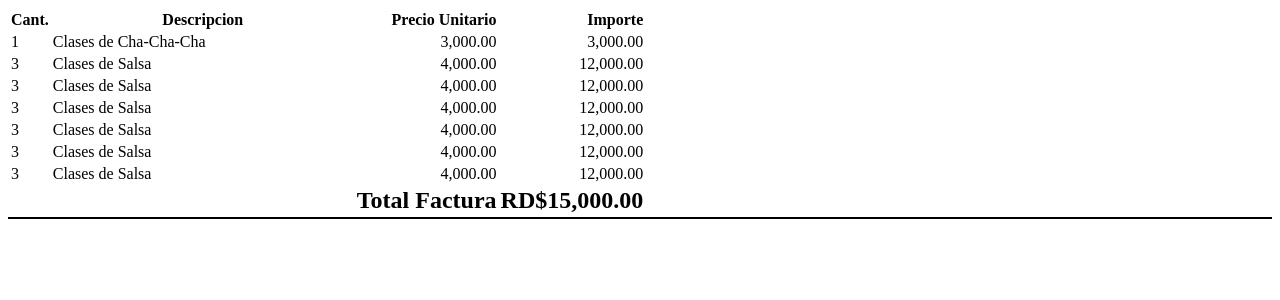
Repository: MrVanQish/FacturaEstructura
Page: index.html
The author's editor kept a copy of each file at every save. The page is drawn from the files as they stood at one save, then again after the next save.
The browser window is 1280 px wide. The pictures show the whole page.

Above is the page before, as saved 2021-09-29 10:24:15.

### index.html
<!DOCTYPE html>
<html lang="en">
<head>
    <meta charset="UTF-8">
    <meta http-equiv="X-UA-Compatible" content="IE=edge">
    <meta name="viewport" content="width=device-width, initial-scale=1.0">
    <title>Document</title>
    <link rel="stylesheet" href="styles.css">
</head>
<body>

<!--     <div class="wrapper">

        <div class="factura1">
                <div class="infoEmpresa-f">
                    Empresa: Villa Jacob
                    <br>
                    NIT: 8000000
                    <br>
                    Direccion: jajjdajdj
                </div>
                <div class="infoCliente-f">
                    Cliente: Jacobo
                    <br>
                    CC: 1116283283
                    <br>
                    Direccion: jajjdajdj
                </div>
                <div class="items-f">

                    <table>

                        <tr>

                            <th>Items</th>

                            <th>Precio</th>

                            <th>Cantidad</th>


                        </tr>

                          <tr>

                            <td>Tornillos</td>

                            <td>1000</td>

                            <td>2</td>

                          </tr>

                          <tr>

                            <td>Cemento</td>

                            <td>25.000</td>

                            <td>2</td>

                          </tr>


                          <tr>

                            <td>Cemento</td>

                            <td>25.000</td>

                            <td>2</td>

                          </tr>

                          <tr>

                            <td>Cemento</td>

                            <td>25.000</td>

                            <td>2</td>

                          </tr>

                          <tr>

                            <td>Cemento</td>

                            <td>25.000</td>

                            <td>2</td>

                          </tr>

                          <tr>

                            <td>Cemento</td>

                            <td>25.000</td>

                            <td>2</td>

                          </tr>

                          <tr>

                            <td>Cemento</td>

                            <td>25.000</td>

                            <td>2</td>

                          </tr>


                          <tr>

                            <td>Cemento</td>

                            <td>25.000</td>

                            <td>2</td>

                          </tr>


                          <tr>

                            <td>Cemento</td>

                            <td>25.000</td>

                            <td>2</td>

                          </tr>

                          <tr>

                            <td>Cemento</td>

                            <td>25.000</td>

                            <td>2</td>

                          </tr>

                          <tr>

                            <td>Cemento</td>

                            <td>25.000</td>

                            <td>2</td>

                          </tr>






                      </table>



                </div>
            <div class="body-f">

            </div>
        </div> -->

    </div>
    <div id="app" class="col-11">

        <div class="row my-5">
          <table class="table table-borderless factura">
            <thead>
              <tr>
                <th>Cant.</th>
                <th>Descripcion</th>
                <th>Precio Unitario</th>
                <th>Importe</th>
              </tr>
            </thead>
            <tbody>
              <tr>
                <td>1</td>
                <td>Clases de Cha-Cha-Cha</td>
                <td>3,000.00</td>
                <td>3,000.00</td>
              </tr>
              <tr>
                <td>3</td>
                <td>Clases de Salsa</td>
                <td>4,000.00</td>
                <td>12,000.00</td>
              </tr>
              <tr>
                <td>3</td>
                <td>Clases de Salsa</td>
                <td>4,000.00</td>
                <td>12,000.00</td>
              </tr>
              <tr>
                <td>3</td>
                <td>Clases de Salsa</td>
                <td>4,000.00</td>
                <td>12,000.00</td>
              </tr>
              <tr>
                <td>3</td>
                <td>Clases de Salsa</td>
                <td>4,000.00</td>
                <td>12,000.00</td>
              </tr>
              <tr>
                <td>3</td>
                <td>Clases de Salsa</td>
                <td>4,000.00</td>
                <td>12,000.00</td>
              </tr>
              <tr>
                <td>3</td>
                <td>Clases de Salsa</td>
                <td>4,000.00</td>
                <td>12,000.00</td>
              </tr>
            </tbody>
            <tfoot>
              <tr>
                <th></th>
                <th></th>
                <th>Total Factura</th>
                <th>RD$15,000.00</th>
              </tr>
            </tfoot>
          </table>
        </div>

        <div class="cond row">

    </div>


    </div>

</body>
</html>

### styles.css
@page {
    size: A4 landscape;
}

.factura {
  table-layout: fixed;
}

.fact-info > div > h5 {
  font-weight: bold;
}

.factura > thead {
  border-top: solid 3px #000;
  border-bottom: 3px solid #000;
}

.factura > thead > tr > th:nth-child(2), .factura > tbod > tr > td:nth-child(2) {
  width: 300px;
}

.factura > thead > tr > th:nth-child(n+3) {
  text-align: right;
}

.factura > tbody > tr > td:nth-child(n+3) {
  text-align: right;
}

.factura > tfoot > tr > th, .factura > tfoot > tr > th:nth-child(n+3) {
  font-size: 24px;
  text-align: right;
}

.cond {
  border-top: solid 2px #000;
}

/*
.wrapper {
    height: 97vh;
    border: 1px solid #000;
    display: grid;
    grid-template-columns: 1fr 1fr;
    grid-template-rows: 500px;
    grid-template-areas:
      "f1 f2";
  }

  .factura1 {

    display: grid;
    grid-area: f1;
    align-self: center;
    justify-self: center;
    border: 1px solid #000;
    grid-template-columns: 1fr 1fr;
    grid-template-rows: 1fr;
    grid-template-areas:
      "infoEmpresa-f infoCliente-f c items-f"
  }


.infoEmpresa-f{

    grid-area: infoEmpresa-f;
    border: 1px solid #000;
    align-self: center;
    justify-self: center;

}

.infoCliente-f{
    grid-area: infoCliente-f;
    border: 1px solid #000;
    align-self: center;
    justify-self: center;
}

.items-f{
    grid-area: items-f;
    border: 1px solid #000;
    align-self: center;
    justify-self: center;
} */

After the next save:
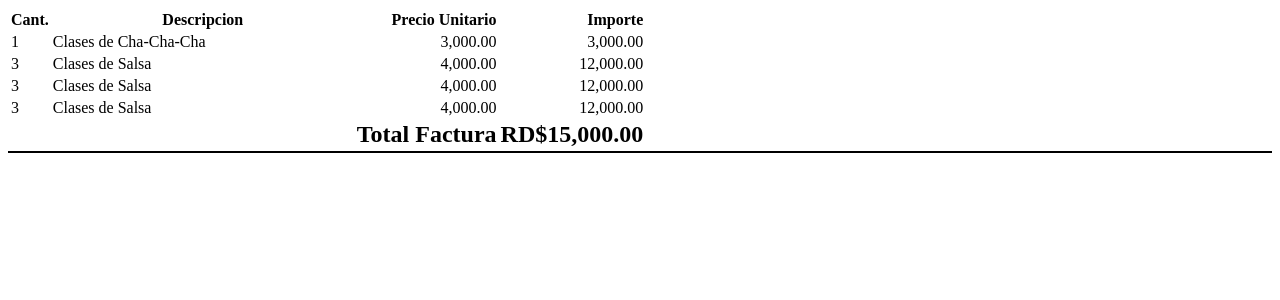
Saved 9 s later.
--- a/index.html
+++ b/index.html
@@ -207,24 +207,6 @@
                 <td>4,000.00</td>
                 <td>12,000.00</td>
               </tr>
-              <tr>
-                <td>3</td>
-                <td>Clases de Salsa</td>
-                <td>4,000.00</td>
-                <td>12,000.00</td>
-              </tr>
-              <tr>
-                <td>3</td>
-                <td>Clases de Salsa</td>
-                <td>4,000.00</td>
-                <td>12,000.00</td>
-              </tr>
-              <tr>
-                <td>3</td>
-                <td>Clases de Salsa</td>
-                <td>4,000.00</td>
-                <td>12,000.00</td>
-              </tr>
             </tbody>
             <tfoot>
               <tr>
